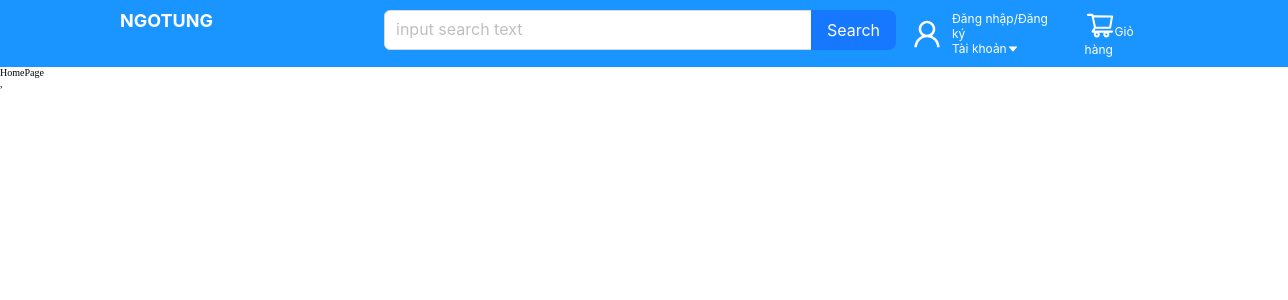
Repository: NgoThanhTung-2002/Youtube_Project
Page: /
The author's editor kept a copy of each file at every save. The page is drawn from the files as they stood at one save, then again after the next save.
The browser window is 1280 px wide. The page is 1288 px wide, so the pictures cover 1288 px, including what lies to the right of the window. The pictures show the whole page.
The project was rebuilt for these pictures with package versions that can differ from the ones it lists, and the page was loaded fresh each time. Also part of the build but not shown: src/pages/NotFoundPage/NotFoundPage.jsx. Imported but missing from the stored project, and not drawn on this page: src/pages/OrderPage/OrderPage, src/pages/ProductsPage/ProductsPage.

Above is the page before, as saved 2023-09-26 12:50:57.

After the next save:
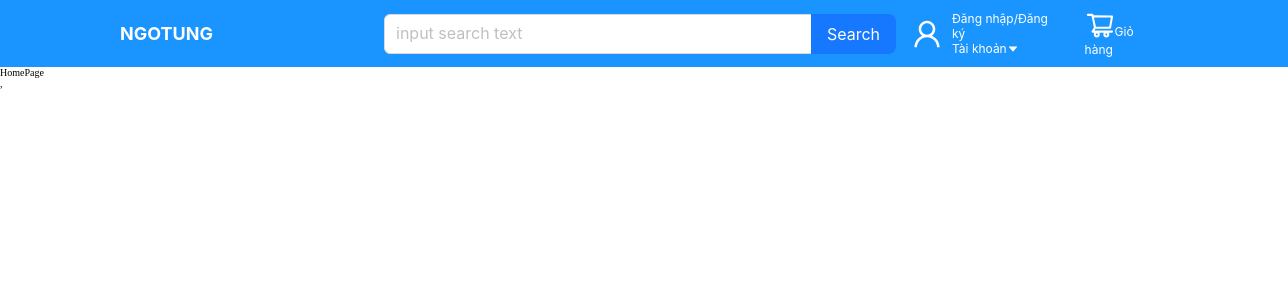
Saved 8 s later.
--- a/src/components/HeaderComponent/style.js
+++ b/src/components/HeaderComponent/style.js
@@ -4,7 +4,7 @@ import styled from "styled-components";
 export const WrapperHeader = styled(Row)`
     padding: 10px 120px;
     background-color: rgb(26, 148, 255);
-    align
+    align-items: center;
 `
 
 export const WrapperTextHeader = styled.span`
